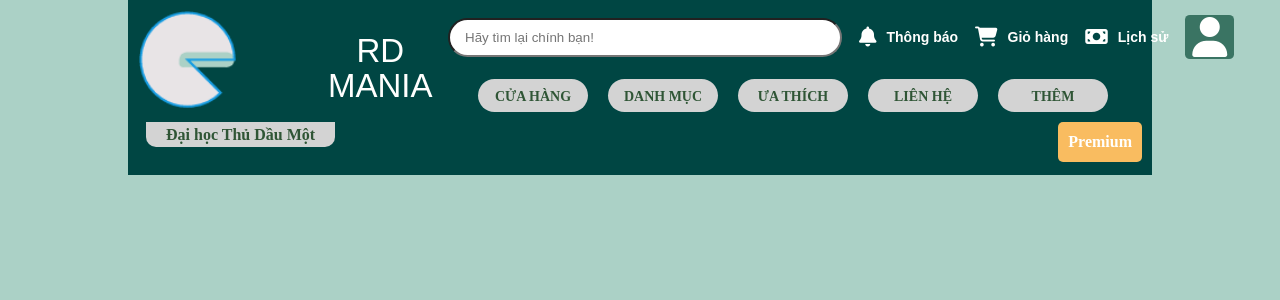
Repository: BinhTeach/rdmania
Page: Html/main.html
These files come from the project's save history. The page is drawn as it stood at one moment and after the next save; the edit follows.
The browser window is 1280 px wide. The pictures show the whole page.
Some web fonts or font styles are not loaded; a fallback is used. Some web libraries are served in a nearby version.

Above is the page before, as saved 2024-03-01 00:41:50.

After the next save:
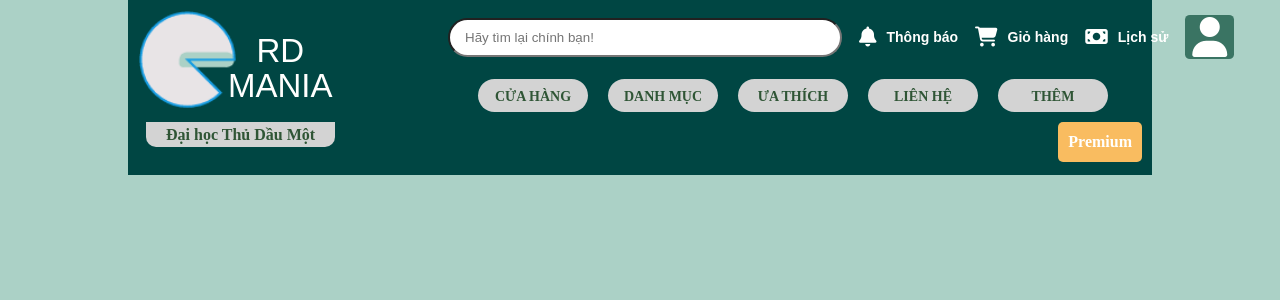
Saved 6 s later.
--- a/Css/styles.css
+++ b/Css/styles.css
@@ -171,7 +171,7 @@ nav{
     line-height: 1.05;
     white-space: wrap;
     position: absolute;
-    left: 200px;
+    left: 100px;
 }
 .header__nav{
     display:flex;
